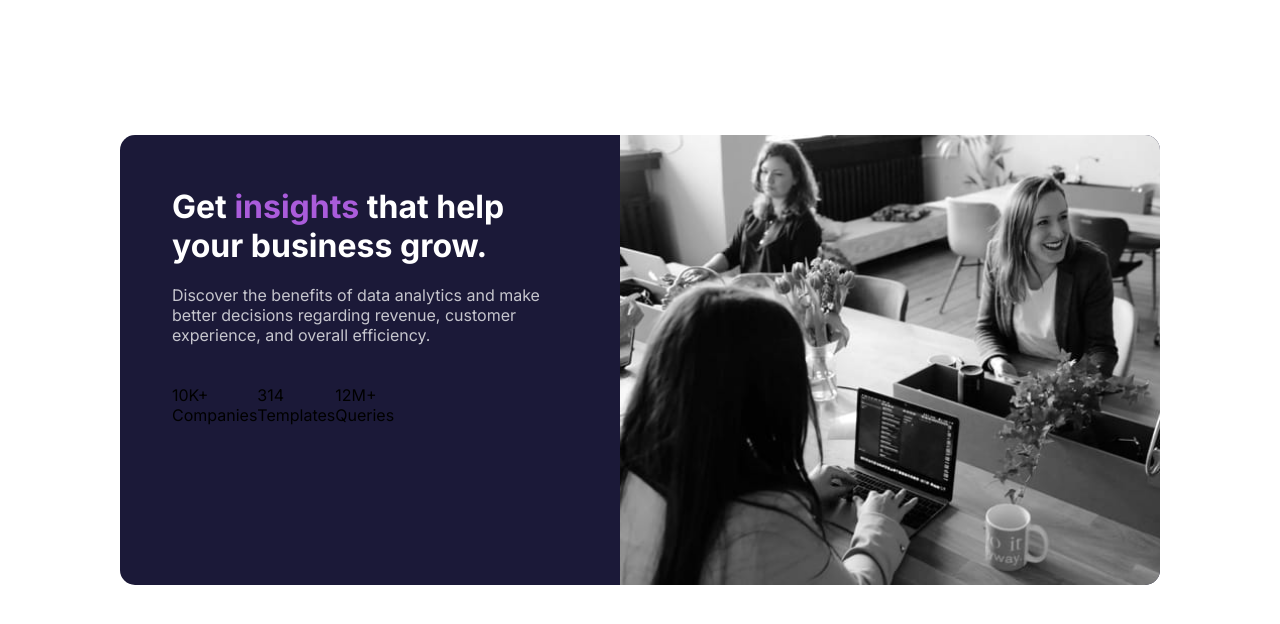
Repository: keisewarsame/stats-preview-frontendmentor
Page: index.html
An editor plug-in stored every save of this project. The page is shown before and after a run of saves, followed by the edit.
The browser window is 1280 px wide. The pictures show the whole page.

Above is the page before, as saved 2022-07-12 12:59:12.

After the next 2 saves:
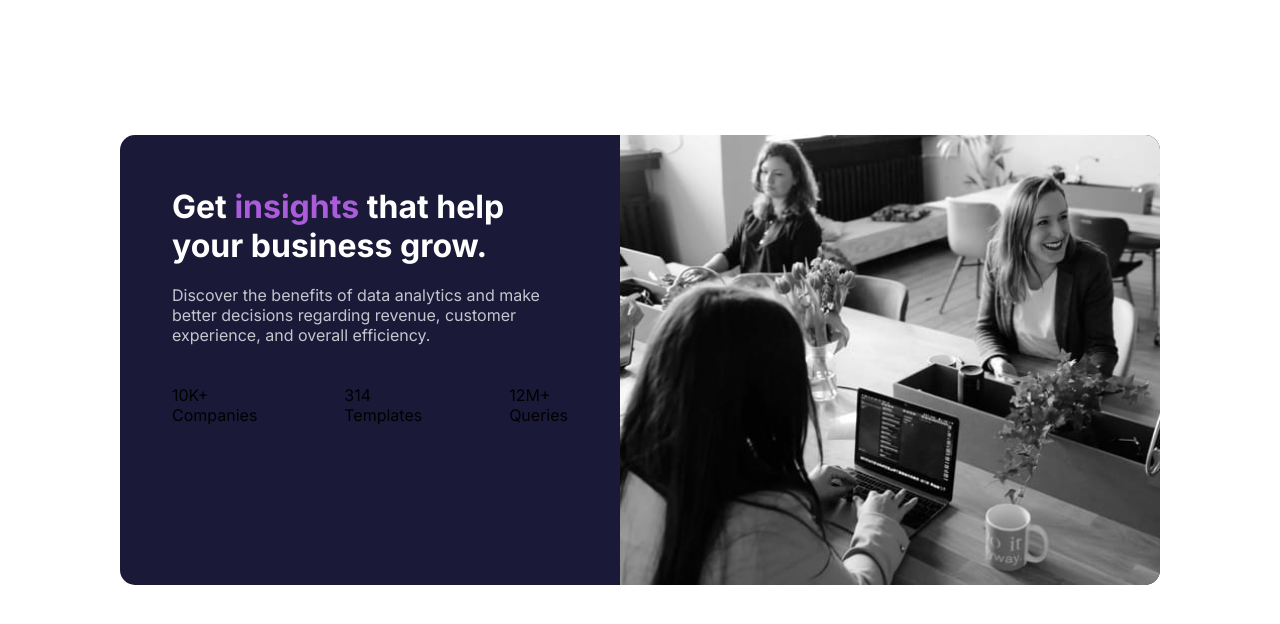
The 2 saves are shown as one change because they came seconds apart.
The last was saved 5 s later.
--- a/styles.css
+++ b/styles.css
@@ -44,7 +44,7 @@ body {
 
 .stats-component {
     display: flex;
-    just
+    justify-content: space-between;
 }
 
 
